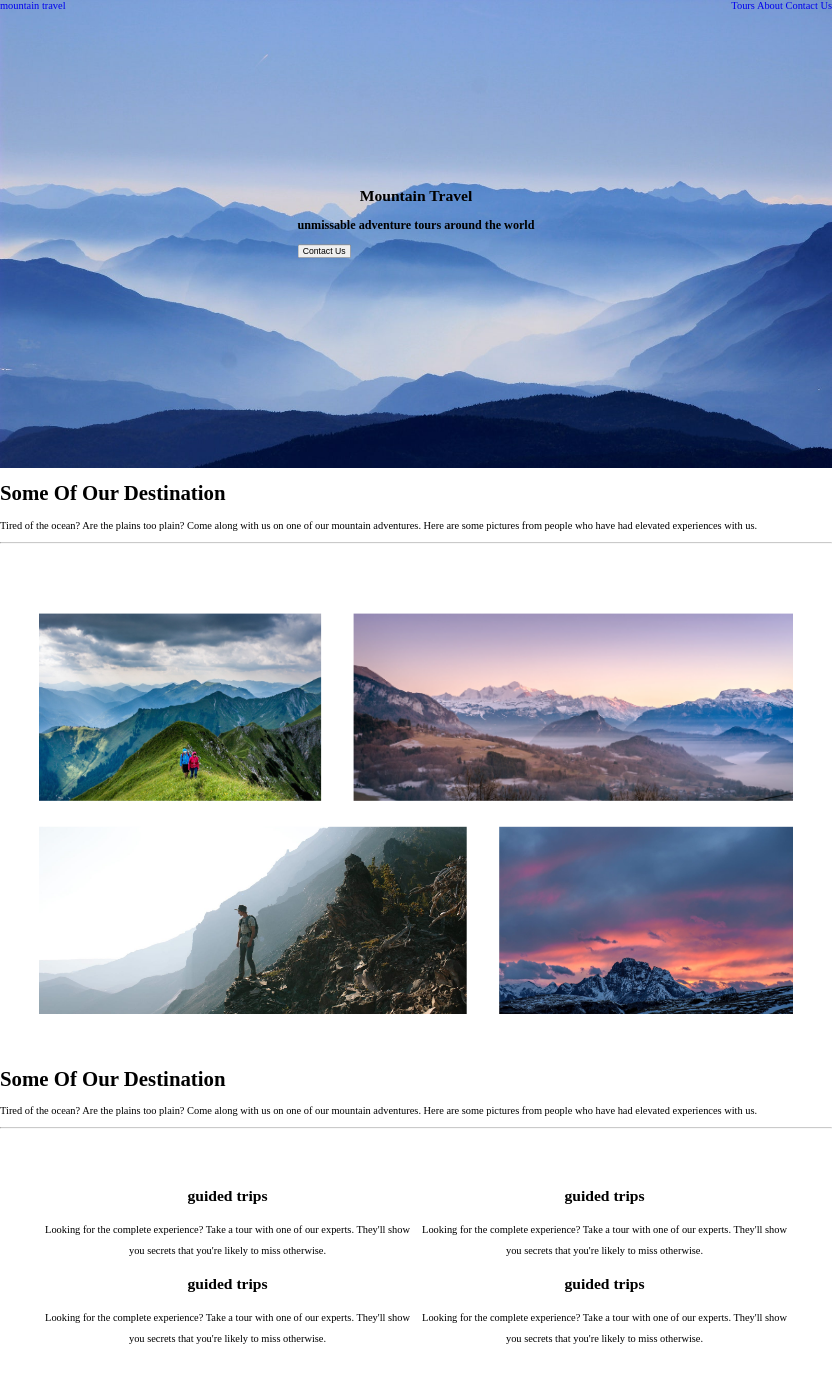
Repository: Einsteiniumeinsteinian/Advanced-CSS
Page: css-project-starter-code/index.html
The author's editor kept a copy of each file at every save. The page is drawn from the files as they stood at one save, then again after the next save.
The browser window is 1280 px wide. The pictures show the whole page, at 65% of full size.

Above is the page before, as saved 2021-08-15 19:27:18.

After the next save:
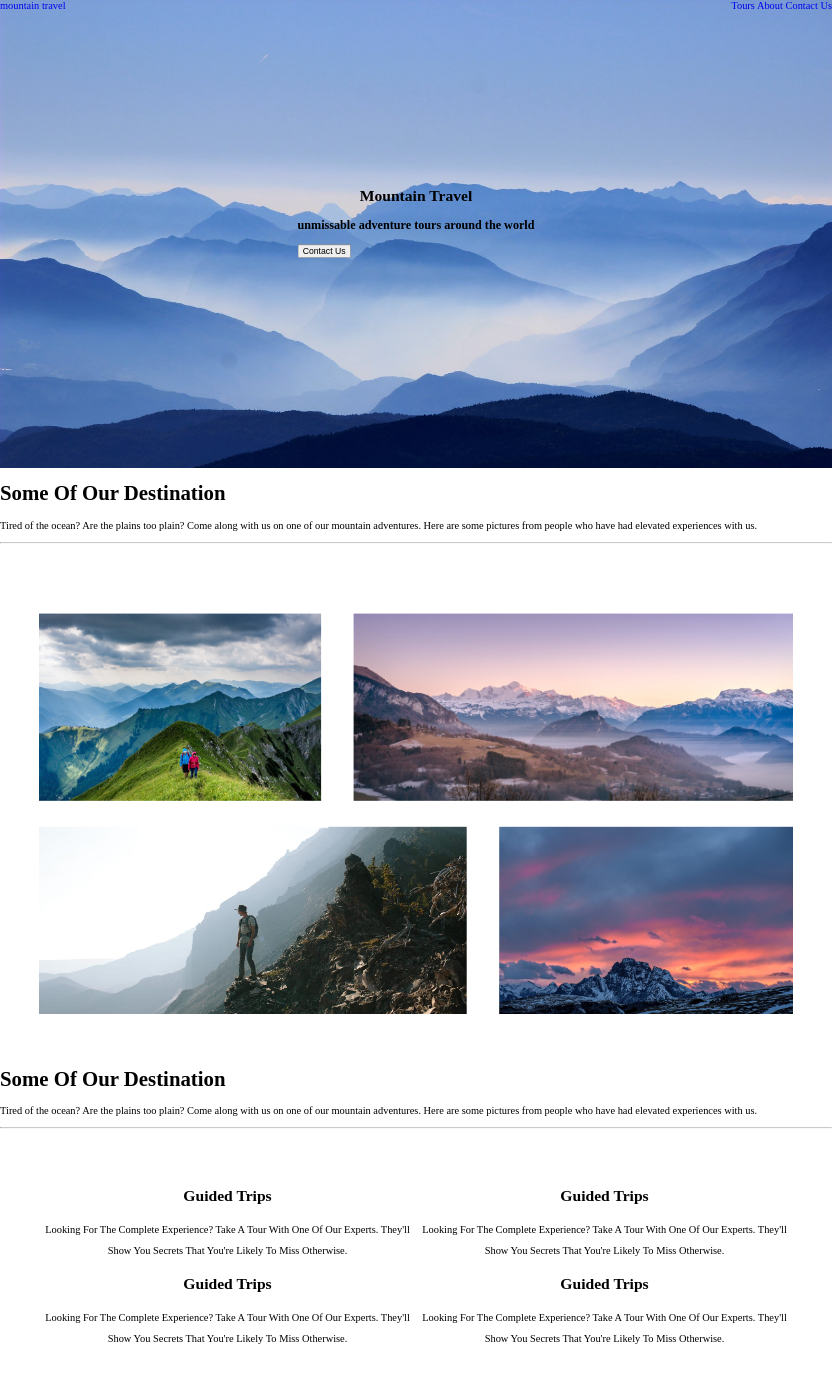
Saved 4 s later.
--- a/css-project-starter-code/assets/css/styles.css
+++ b/css-project-starter-code/assets/css/styles.css
@@ -66,5 +66,5 @@
 .package{
     text-align: center;
     line-height: 2em;
-    text-transform: ;
+    text-transform: capitalize;
 }

After the save that followed:
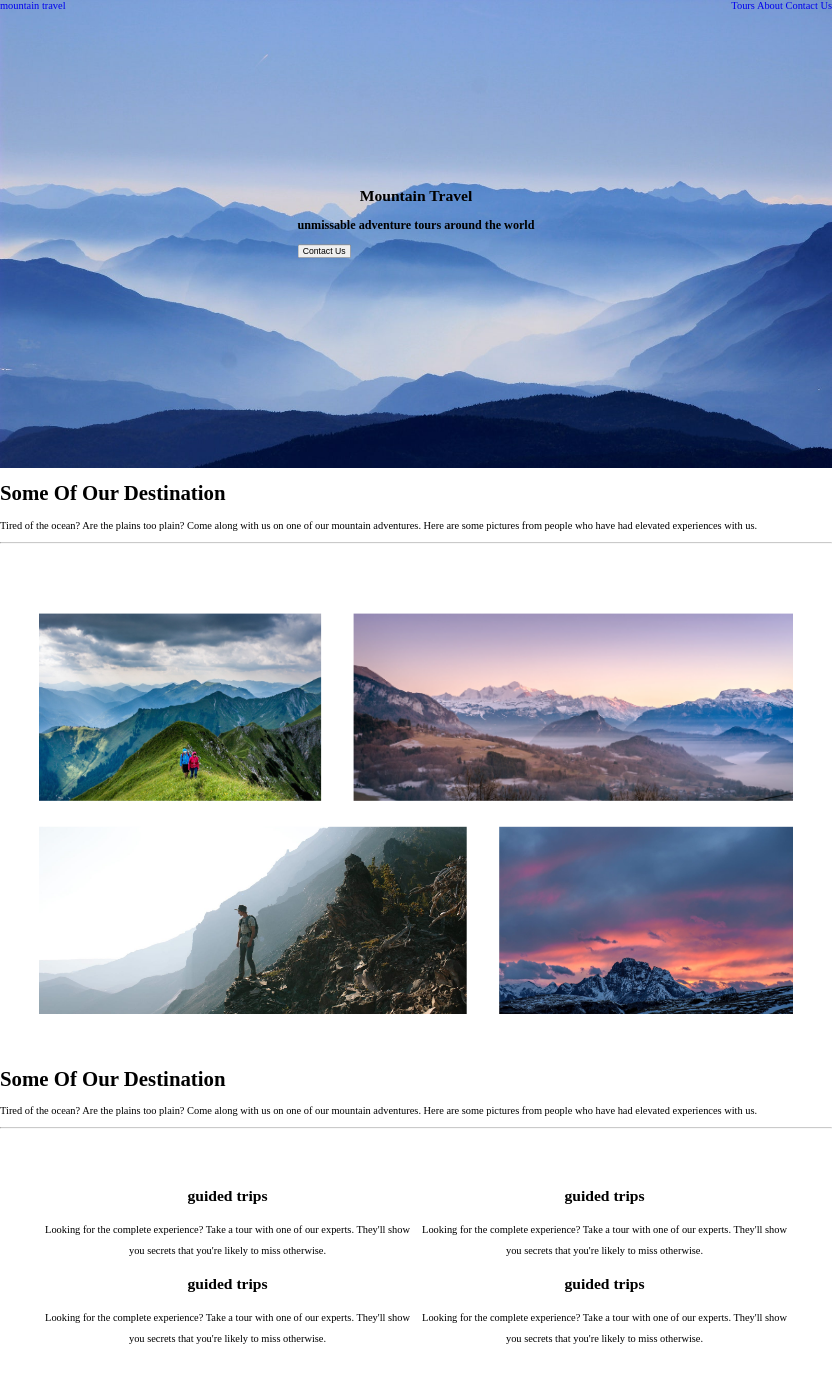
Saved 24 s later.
--- a/css-project-starter-code/assets/css/styles.css
+++ b/css-project-starter-code/assets/css/styles.css
@@ -66,5 +66,5 @@
 .package{
     text-align: center;
     line-height: 2em;
-    text-transform: capitalize;
+
 }
